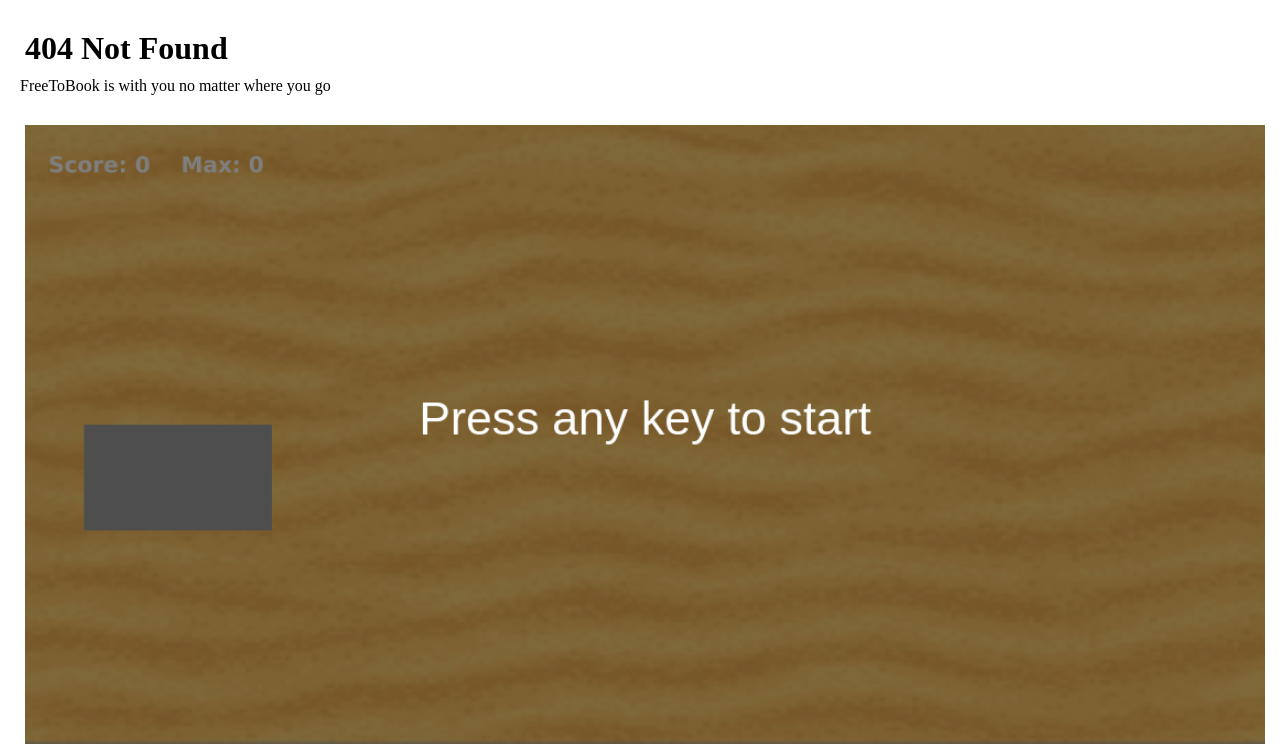
Repository: btgoo/game
Page: car.html
An editor plug-in stored every save of this project. The page is shown before and after a run of saves, followed by the edit.
The browser window is 1280 px wide. The pictures show the whole page.

Above is the page before, as saved 2025-10-26 03:08:25.

### car.html
<!DOCTYPE html>
<script src="carscript.js" defer type="module"></script>
<link rel="stylesheet" href="car_style.css">
<html lang="en">
<head>
    <meta charset="UTF-8">
    <meta http-equiv="X-UA-Compatible" content="IE=edge" />
    <meta name="viewport" content="width=device-width, initial-scale=1.0">
    <title>CarGo</title>
</head>
<body>
    <h1>404 Not Found</h1>
    FreeToBook is with you no matter where you go
    <p id="demo"></p>
    <canvas id="game">
    </canvas>
</body>
 </html>

### carscript.js
const canvas = document.getElementById("game");
const ctx = canvas.getContext("2d");

const GAME_WIDTH = 1200;
const GAME_HEIGHT = 600;
const PLAYER_WIDTH = 160;
const PLAYER_HEIGHT = 90;
const CACTI_WIDTH = 78;
const CACTI_Height = 90;

const NUM_LANES = 5;

const obstacleData = [
    {src: "./assets/car_images/cactus_1.png", width:CACTI_WIDTH, height:CACTI_WIDTH},
    {src: "./assets/car_images/cactus_2.png", width:CACTI_WIDTH, height:CACTI_Height},
    {src: "./assets/car_images/cactus_3.png", width:CACTI_WIDTH, height:CACTI_Height},
    {src: "./assets/car_images/cactus_1.png", width:CACTI_WIDTH, height:CACTI_WIDTH},
    {src: "./assets/car_images/cactus_2.png", width:CACTI_WIDTH, height:CACTI_Height},
    {src: "./assets/car_images/cactus_3.png", width:CACTI_WIDTH, height:CACTI_Height},
    {src: "./assets/car_images/tumbleweed.png", width:CACTI_WIDTH, height:CACTI_WIDTH},
    {src: "./assets/car_images/red_car.png", width:PLAYER_WIDTH, height:PLAYER_HEIGHT},
    {src: "./assets/car_images/green_car.png", width:PLAYER_WIDTH, height:PLAYER_HEIGHT},
];

let obstacleImgs = [];
obstacleData.forEach(data => {
    const img = new Image();
    img.src = data.src;
    img.width = data.width;
    img.height = data.height;
    obstacleImgs.push(img);
});

const explosionImg = new Image();
explosionImg.src = "./assets/car_images/explosion_sprite.png";

let explosions = [];

let scaleRatio = null;
let backgroundX = 0;
let gameSpeed = 3;
let speedIncreaseRate = 0.0001;

let gameRunning = false;
let gameOver = false;

let score = 0;
let maxScore = 0;

let car = {
    x: GAME_WIDTH / 24,
    width: PLAYER_WIDTH,
    height: PLAYER_HEIGHT,
    lane: 2,
};

let obstacles = [];
let obstacleTimer = 0;
let obstacleInterval = 80;
let lanes = [];

function setupLanes() {
    const laneHeight = GAME_HEIGHT / NUM_LANES;
    lanes = [];
    for (let i = 0; i < NUM_LANES; i++) {
        lanes.push(laneHeight * i + (laneHeight - car.height) / 2);
    }
    car.y = lanes[car.lane];
}

function getScaleRatio() {
    const screenHeight = Math.min(window.innerHeight, document.documentElement.clientHeight);
    const screenWidth = Math.min(window.innerWidth, document.documentElement.clientWidth);

    if (screenWidth / screenHeight < GAME_WIDTH / GAME_HEIGHT) {
        return screenWidth / GAME_WIDTH;
    } else {
        return screenHeight / GAME_HEIGHT;
    }
}

function setScreen() {
    scaleRatio = getScaleRatio();
    if ((GAME_WIDTH*scaleRatio) < GAME_WIDTH && (GAME_HEIGHT*scaleRatio) < GAME_HEIGHT){
        canvas.width = GAME_WIDTH * scaleRatio;
        canvas.height = GAME_HEIGHT * scaleRatio;
        } else {
        canvas.width = GAME_WIDTH/scaleRatio;
        canvas.height = GAME_HEIGHT/scaleRatio;
    }
  setupLanes();
}

setScreen();
window.addEventListener("resize", () => {
    setScreen();
    drawScene();
});

const backgroundImg = new Image();
backgroundImg.src = "./assets/car_images/background.png";

const carImg = new Image();
carImg.src = "./assets/car_images/blue_car.png";

backgroundImg.onload = requestAnimationFrame(gameLoop);
carImg.onload = () => requestAnimationFrame(gameLoop);

backgroundImg.onload = drawStartScreen;
carImg.onload = drawStartScreen;


function drawStartScreen() {
    drawScene();
    ctx.fillStyle = "rgba(0, 0, 0, 0.5)";
    ctx.fillRect(0, 0, canvas.width, canvas.height);

    ctx.fillStyle = "white";
    ctx.font = `${40 * scaleRatio}px Arial`;
    ctx.textAlign = "center";
    ctx.fillText("Press any key to start", canvas.width / 2, canvas.height / 2);
}

function drawScene() {
    ctx.clearRect(0, 0, canvas.width, canvas.height);

    const bgWidth = canvas.width;
    const bgHeight = canvas.height;
    let bgX = -backgroundX * scaleRatio;

    ctx.drawImage(backgroundImg, bgX, 0, bgWidth, bgHeight);
    ctx.drawImage(backgroundImg, bgX + bgWidth, 0, bgWidth, bgHeight);

    ctx.fillStyle = "white";
    ctx.font = `bold ${20}px Verdana`;
    ctx.textAlign = "left";
    ctx.fillText(`Score: ${score}    Max: ${maxScore}`, 20 * scaleRatio, 40 * scaleRatio);

    if (backgroundX * scaleRatio >= bgWidth) backgroundX = 0;

    obstacles.forEach((ob) => {
        ctx.drawImage(
        ob.img,
        ob.x * scaleRatio,
        ob.y * scaleRatio,
        ob.width * scaleRatio,
        ob.height * scaleRatio
        );
    });

    if (!gameOver) {
        ctx.drawImage(
            carImg,
            car.x * scaleRatio,
            car.y * scaleRatio,
            car.width * scaleRatio,
            car.height * scaleRatio
        );
    }
    explosions.forEach((ex, i) => {
        const frameWidth = explosionImg.width / ex.maxFrames;
        const frameHeight = explosionImg.height;

        ctx.drawImage(
            explosionImg,
            frameWidth * ex.frame,
            0,
            frameWidth,
            frameHeight,
            ex.x * scaleRatio,
            ex.y * scaleRatio,
            ex.width * scaleRatio,
            ex.height * scaleRatio
        );

        ex.tick++;
        if (ex.tick % ex.frameSpeed === 0) {
            ex.frame++;
        }
        if (ex.frame >= ex.maxFrames) {
            explosions.splice(i, 1);
        }
    });
    if (gameOver) {
        ctx.fillStyle = "rgba(0, 0, 0, 0.6)";
        ctx.fillRect(0, 0, canvas.width, canvas.height);
        ctx.fillStyle = "white";
        ctx.font = `${60 * scaleRatio}px Arial Black`;
        ctx.textAlign = "center";
        ctx.fillText("GAME OVER", canvas.width / 2, canvas.height / 2);
        ctx.font = `${30 * scaleRatio}px Arial`;
        ctx.fillText("Press any key to restart", canvas.width / 2, canvas.height / 2 + 60 * scaleRatio);
    }
}

function gameLoop() {
    if (gameRunning && !gameOver) {
        backgroundX += gameSpeed;

        obstacleTimer++;
        if (obstacleTimer > obstacleInterval) {
            spawnObstacle();
            obstacleTimer = 0;
            obstacleInterval = 100 + Math.random() * 10;
        }

        obstacles.forEach((ob) => {
            ob.x -= gameSpeed;

            if (!ob.counted && ob.x + ob.width < car.x) {
                score++;
                ob.counted = true;

                if (score > maxScore) {
                    maxScore = score;
                }
            }
        });

        obstacles = obstacles.filter((ob) => ob.x + ob.width > 0);

        checkCollisions();

        gameSpeed += speedIncreaseRate;

        drawScene();
    }
    requestAnimationFrame(gameLoop);
}
requestAnimationFrame(gameLoop);

function checkCollisions() {
    obstacles.forEach((ob, index) => {
      const carLeft = car.x;
      const carRight = car.x + car.width;
      const carTop = car.y;
      const carBottom = car.y + car.height;

      const obLeft = ob.x;
      const obRight = ob.x + ob.width-10;
      const obTop = ob.y;
      const obBottom = ob.y + ob.height;

      const horizontalOverlap = carLeft < obRight && carRight > obLeft;
      const verticalOverlap = carTop < obBottom && carBottom > obTop;

      if (horizontalOverlap && verticalOverlap) {
        spawnExplosion(car.x, car.y, car.width, car.height);
        setTimeout(setGameOver, 100);
      }
    });
}

function setGameOver(){
    gameRunning = false;
    gameOver = true
    drawScene();
}

function spawnObstacle() {
    const lane = Math.floor(Math.random() * NUM_LANES);
    const imgIndex = Math.floor(Math.random() * obstacleImgs.length);
    const chosenImg = obstacleImgs[imgIndex];

    const newObstacle = {
        x: GAME_WIDTH + 50,
        y: lanes[lane],
        width: chosenImg.width,
        height: chosenImg.height,
        lane: lane,
        img: chosenImg
    };
    obstacles.push(newObstacle);
}

function spawnExplosion(x, y, width, height) {
    explosions.push({
        x: x,
        y: y,
        width: width,
        height: height,
        frame: 0,
        maxFrames: 15,
        frameSpeed: 3,
        tick: 0
    });
}

window.addEventListener("keydown", (e) => {
    if (!gameRunning && !gameOver) {
      // start
      gameRunning = true;
        obstacles = [];
        explosions = [];
        backgroundX = 0;
        gameSpeed = 3;
        score = 0;
        drawScene();
    } else if (gameOver) {
      // restart
        gameOver = false;
        gameRunning = true;
        backgroundX = 0;
        obstacles = [];
        explosions = [];
        gameSpeed = 3;
        score = 0;
    } else {
      // move car if running
      if (e.key === "ArrowUp" && car.lane > 0) {
        car.lane--;
      } else if (e.key === "ArrowDown" && car.lane < NUM_LANES - 1) {
        car.lane++;
      }
      car.y = lanes[car.lane];
    }
});

### car_style.css
* {
    padding: 5px;
    padding-top: 10px;
    padding-bottom: 10px;
    margin: 0px;
}
body{
    padding-left: 15px;
    display:flex;
    flex-direction: column;
    height: 90vh;

    /* user-select: none;
    touch-action: none;
    -webkit-touch-callout: none;
    -webkit-user-select: none;
    -khtml-user-select: none;
    -moz-user-select: none;
    -ms-user-select: none;
    user-select: none;
    outline: none;
    -webkit-tap-highlight-color: rgba(255, 255, 255, 0); */
}

After the next 4 saves:
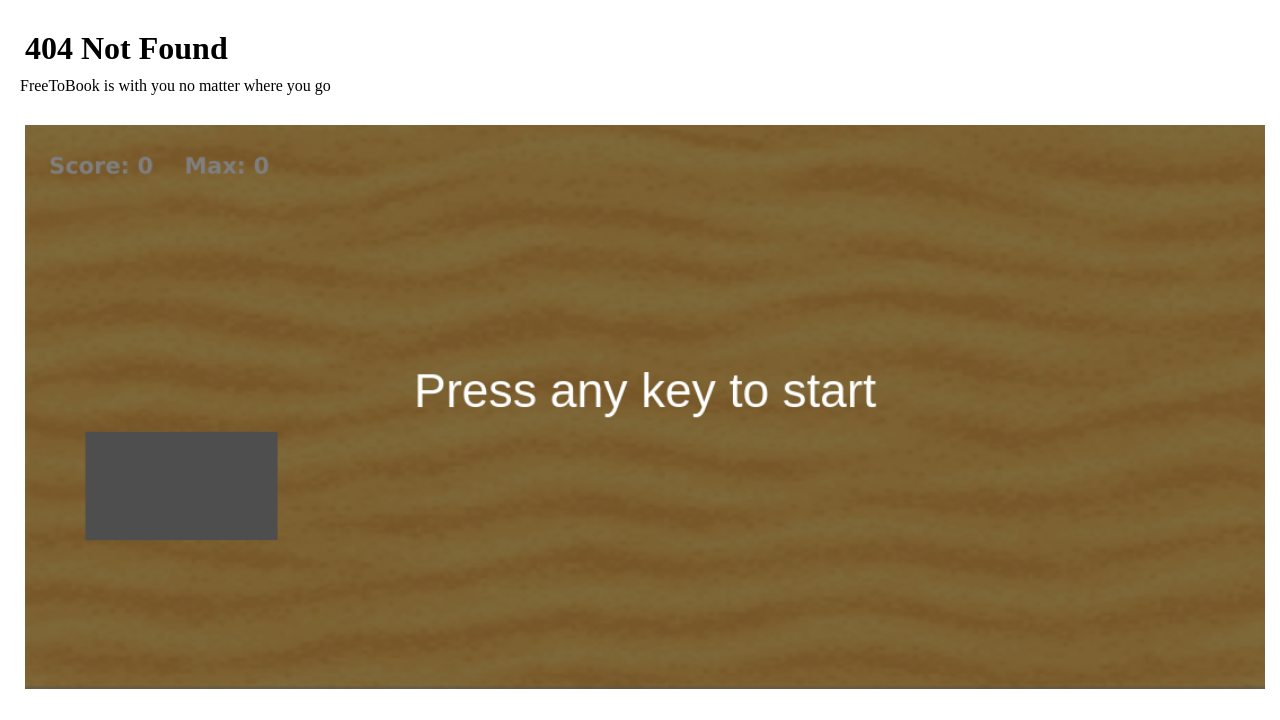
The 4 saves are shown as one change because they came seconds apart.
The last was saved 20 s later.
--- a/carscript.js
+++ b/carscript.js
@@ -85,8 +85,8 @@ function setScreen() {
         canvas.width = GAME_WIDTH * scaleRatio;
         canvas.height = GAME_HEIGHT * scaleRatio;
         } else {
-        canvas.width = GAME_WIDTH/scaleRatio;
-        canvas.height = GAME_HEIGHT/scaleRatio;
+        canvas.width = GAME_WIDTH-100;
+        canvas.height = GAME_HEIGHT-100;
     }
   setupLanes();
 }
